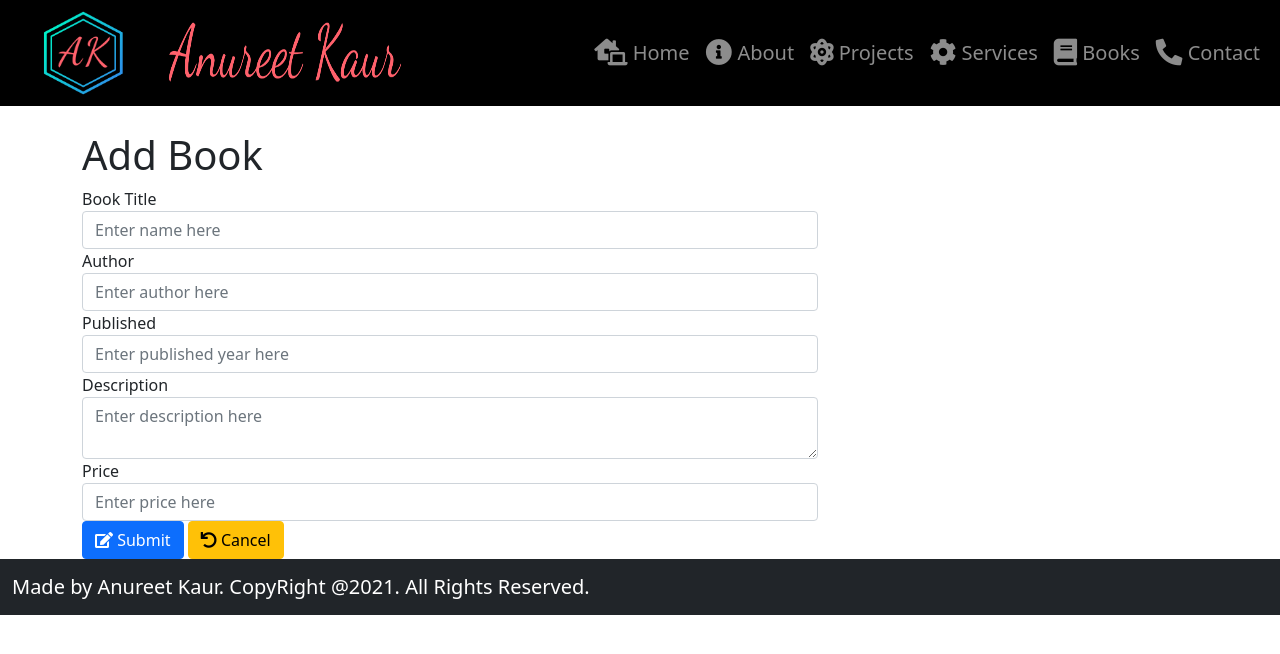
Repository: Anureet23/Portfolio_Authentication
Page: http://localhost/book-list/add
These files come from the project's save history. The page is drawn as it stood at one moment and after the next save; the edit follows.
The browser window is 1280 px wide. The pictures show the whole page.
The page is served by the project's Node server (server.js).

Above is the page before, as saved 2021-06-16 19:53:46.

After the next save:
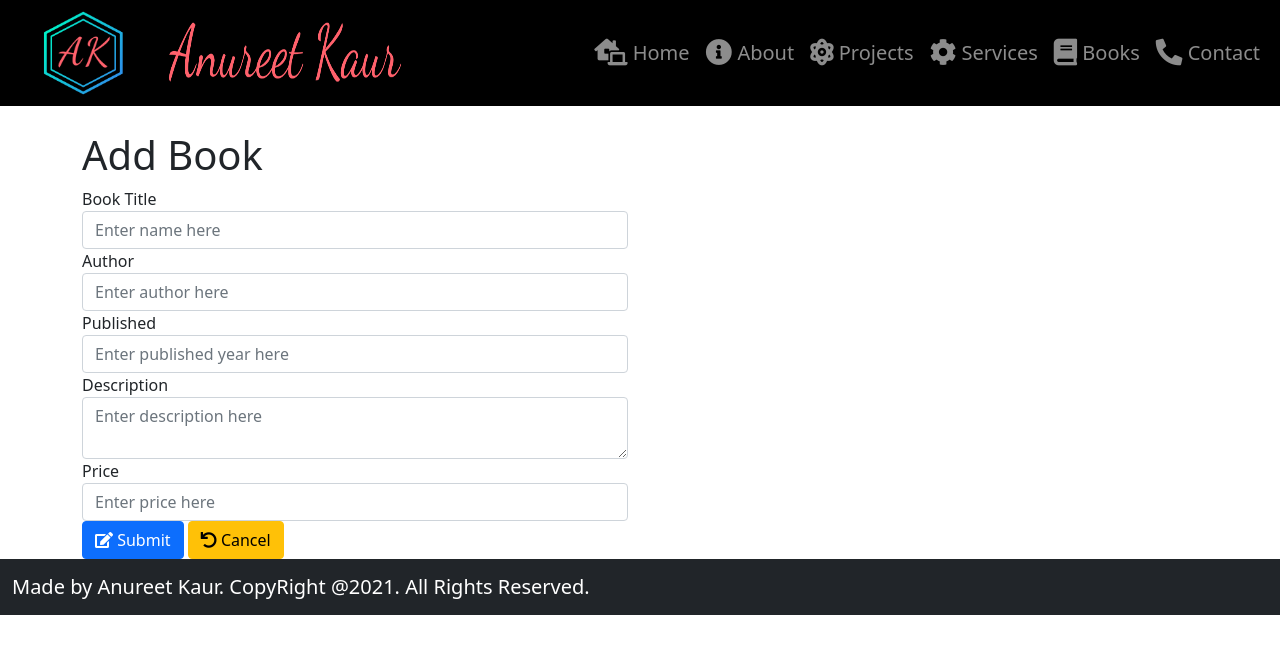
Saved 14 s later.
--- a/server/views/book/add.ejs
+++ b/server/views/book/add.ejs
@@ -8,7 +8,7 @@
 <!--Content for ADD Page -->
 <div class="container">
     <div class="row">
-        <div class="offset md-2 col-md-8">
+        <div class="offset md-2 col-md-6">
         <h1><%= title%></h1>
 
         <form class="form" method="POST">
